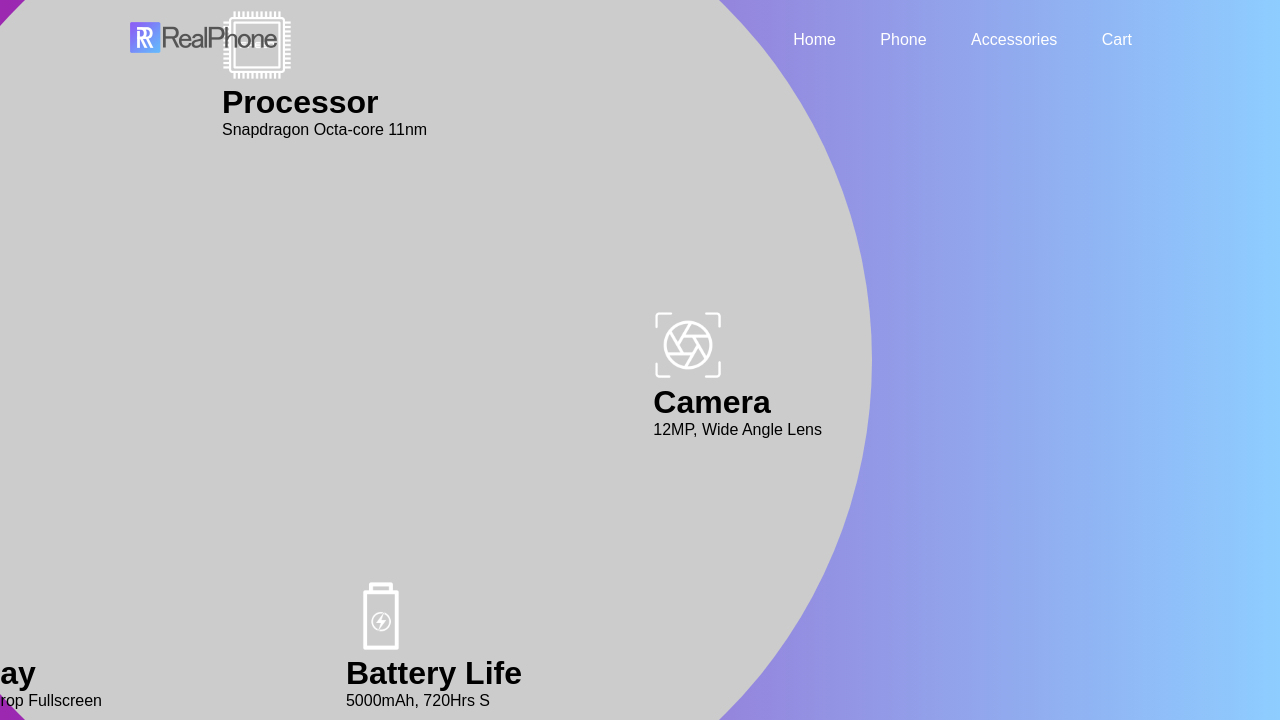
Repository: luckyantony/RealPhone
Page: index.html
The author's editor kept a copy of each file at every save. The page is drawn from the files as they stood at one save, then again after the next save.
The browser window is 1280 px wide. The pictures show the whole page.

Above is the page before, as saved 2023-04-19 22:32:55.

### index.html
<!DOCTYPE html>
<html lang="en">
<head>
    <meta charset="UTF-8">
    <meta http-equiv="X-UA-Compatible" content="IE=edge">
    <meta name="viewport" content="width=device-width, initial-scale=1.0">
    <title>Website Design Using HTML and CSS</title>
    <link rel="stylesheet" href="style.css">
</head>
<body>
    <div class="main">
        <nav>
           <div class="logo">
            <img src="images/logo.png">
           </div>
           <div class="nav-links">
            <ul>
                <li><a href="#">Home</a></li>
                <li><a href="#">Phone</a></li>
                <li><a href="#">Accessories</a></li>
                <li><a href="#">Cart</a></li>
            </ul>
           </div>
        </nav>

        <div class="information">
            <div id="circle">
                <div class="feature one">
                    <img src="images/camera.png">
                    <div>
                        <h1>Camera</h1>
                        <p>12MP, Wide Angle Lens</p>
                    </div>
                </div>
                <div class="feature two">
                    <img src="images/processor.png">
                    <div>
                        <h1>Processor</h1>
                        <p>Snapdragon Octa-core 11nm</p>
                    </div>
                </div>
                <div class="feature three">
                    <img src="images/display.png">
                    <div>
                        <h1>Display</h1>
                        <p>6.5" Mini-Drop Fullscreen</p>
                    </div>
                </div>
                <div class="feature four">
                    <img src="images/battery.png">
                    <div>
                        <h1>Battery Life</h1>
                        <p>5000mAh, 720Hrs S</p>
                    </div>
                </div>

            </div>
        </div>
    </div>
</body>
</html>

### style.css
*{
    margin: 0;
    padding: 0;
    font-family: sans-serif;
    box-sizing: border-box;
}

.main{
    width: 100%;
    height: 100vh;
    position: relative;
    overflow: hidden;
    background: linear-gradient(to right, #9c27b0, #8ecdff);
}

nav{
    width: 80%;
    position: sticky;
    margin: 20px auto;
    z-index: 1;
    display: flex;
    align-items: center;
}

.logo{
    flex-basis: 20%;
}

.logo img{
    width: 150px;
}

.nav-links{
    flex: 1;
    text-align: right;
}

.nav-links ul li{
    list-style: none;
    display: inline-block;
    margin: 0 20px;
}

.nav-links ul li a{
    color: #fff;
    text-decoration: none;
}

.information{
    width: 1000px;
    height: 1000px;
    position: absolute;
    top: 50%;
    left: -10%;
    transform: translateY(-50%);
}

#circle{
    width: 1000px;
    height: 1000px;
    position: absolute;
    top: 0%;
    left: 0%;
    border-radius: 50%;
    background: #ccc;
}

.feature img{
    width: 70px;
}

.feature{
    position: absolute;
}

.one{
    top: 450px;
    right: 50px;
}

.two{
    top: 150px;
    left: 350px;
}

.three{
    bottom: 150px;
    left: 50px;
}
.four{
    bottom: 150px;
    right: 350px;
}

After the next save:
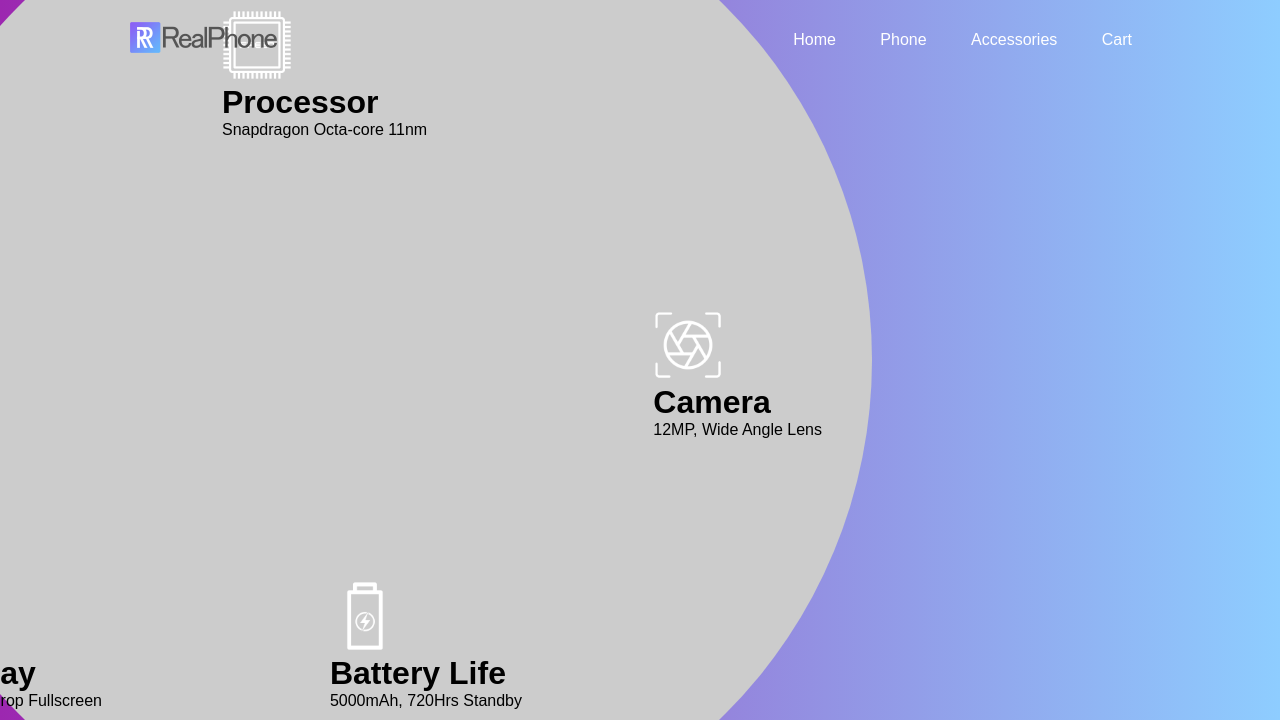
Saved 4 s later.
--- a/index.html
+++ b/index.html
@@ -50,7 +50,7 @@
                     <img src="images/battery.png">
                     <div>
                         <h1>Battery Life</h1>
-                        <p>5000mAh, 720Hrs S</p>
+                        <p>5000mAh, 720Hrs Standby</p>
                     </div>
                 </div>
 
